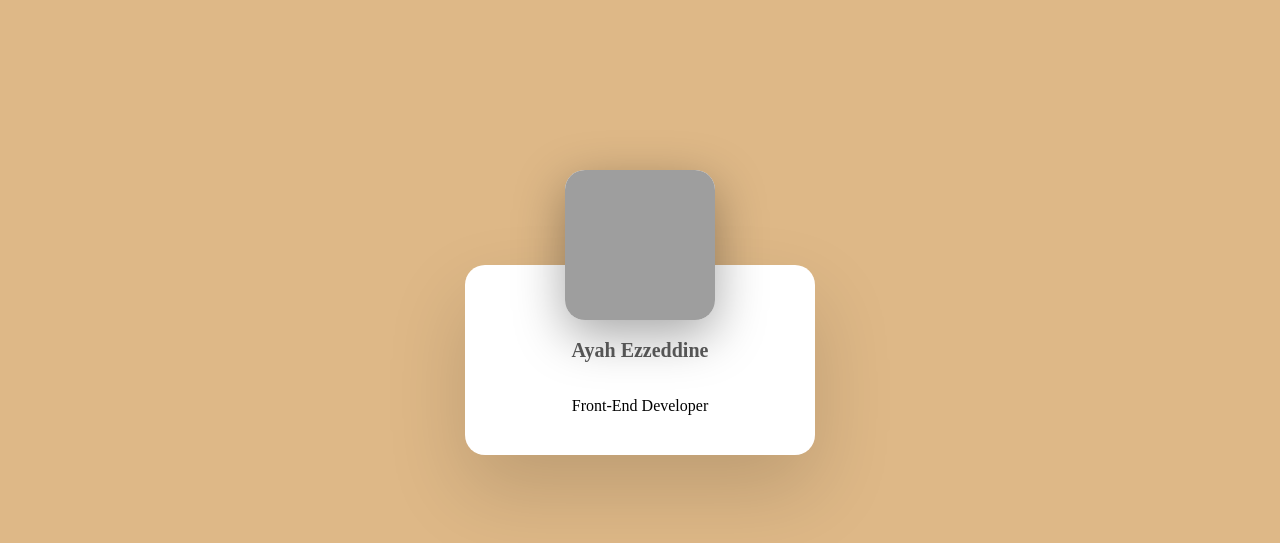
Repository: ayah1996/Github-Profiles
Page: index.html
An editor plug-in stored every save of this project. The page is shown before and after the next save, followed by the edit.
The browser window is 1280 px wide. The pictures show the whole page.
Pictures or frames that could not be fetched are drawn as grey boxes. The page's requests for data from a server got no answer.

Above is the page before, as saved 2023-01-26 14:16:26.

After the next save:
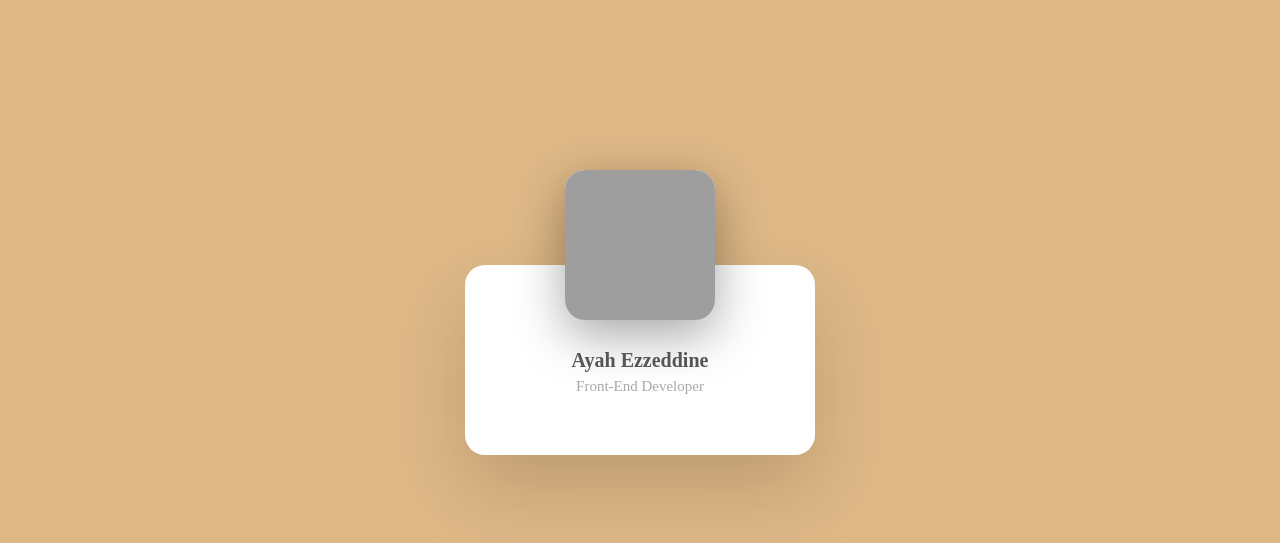
Saved 44 s later.
--- a/index.html
+++ b/index.html
@@ -19,8 +19,7 @@
         </div>
         <div class="content">
           <div class="details">
-            <h2>Ayah Ezzeddine</h2>
-            <br /><span> Front-End Developer </span>
+            <h2>Ayah Ezzeddine <br /><span> Front-End Developer </span></h2>
           </div>
         </div>
       </div>
